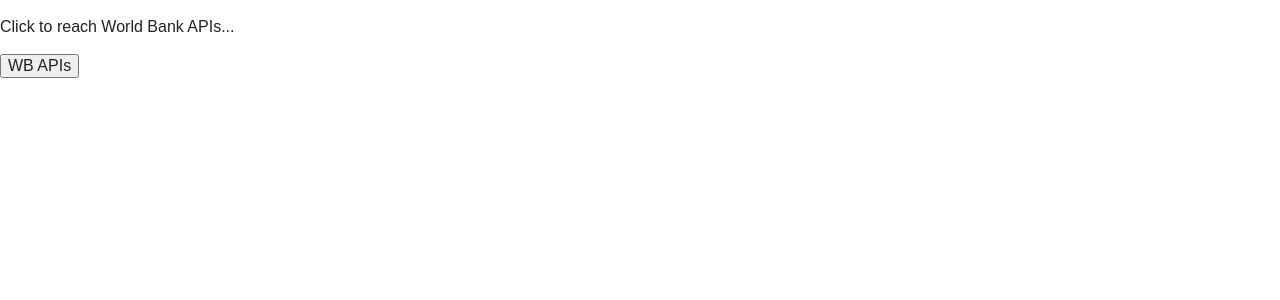
Repository: bugga/venturelab
Page: webkarma/index.html
These files come from the project's save history. The page is drawn as it stood at one moment and after the next save; the edit follows.
The browser window is 1280 px wide. The pictures show the whole page.
Some web libraries are served in a nearby version.

Above is the page before, as saved 2013-02-01 17:02:41.
Console error: SyntaxError: Unexpected token '}'

After the next save:
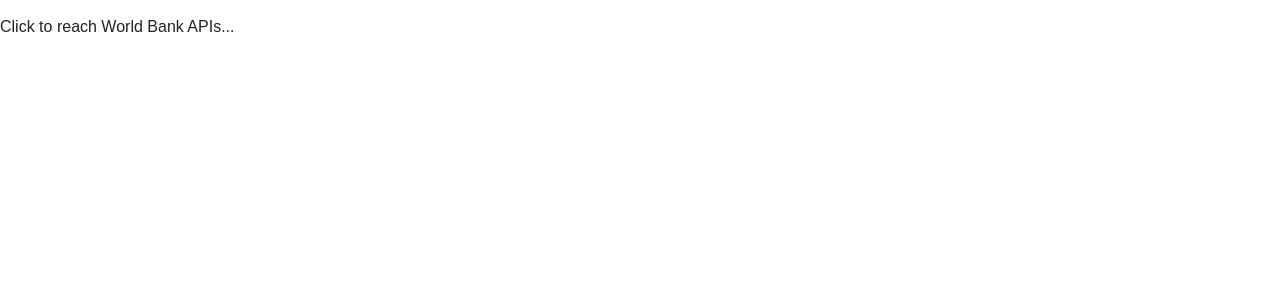
Saved 85 s later.
--- a/webkarma/index.html
+++ b/webkarma/index.html
@@ -16,14 +16,14 @@
         <link rel="stylesheet" href="css/main.css">
         <script src="js/vendor/modernizr-2.6.2.min.js"></script>
     </head>
-    <body>
+    <body onload="getAvailableDataSources()">
         <!--[if lt IE 7]>
             <p class="chromeframe">You are using an <strong>outdated</strong> browser. Please <a href="http://browsehappy.com/">upgrade your browser</a> or <a href="http://www.google.com/chromeframe/?redirect=true">activate Google Chrome Frame</a> to improve your experience.</p>
         <![endif]-->
 
         <!-- Add your site or application content here -->
         <p>Click to reach World Bank APIs...</p>
-		<button onclick="getAvailableDataSources()">WB APIs</button>
+		<!-- <button onclick="getAvailableDataSources()">WB APIs</button> -->
 		<!-- WORLD BANK -->
 
         <script src="//ajax.googleapis.com/ajax/libs/jquery/1.9.0/jquery.min.js"></script>

After the 5 saves that followed:
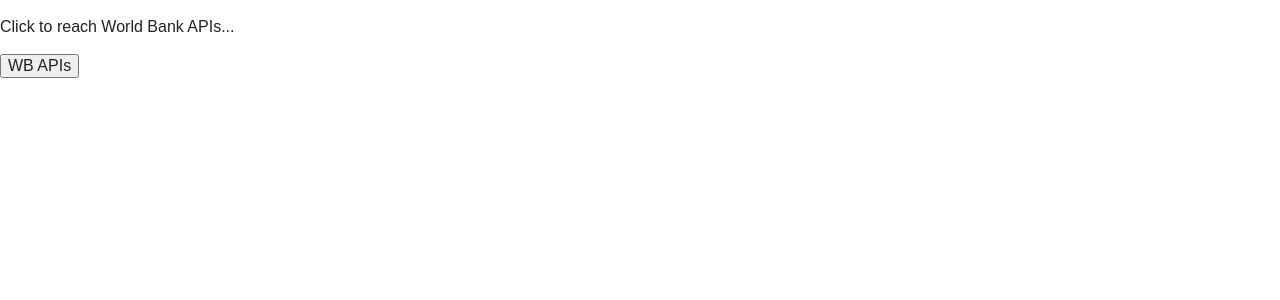
The error is gone.
The 5 saves are shown as one change because 4 left the picture as it was.
The last was saved 104 s later.
--- a/webkarma/index.html
+++ b/webkarma/index.html
@@ -16,14 +16,14 @@
         <link rel="stylesheet" href="css/main.css">
         <script src="js/vendor/modernizr-2.6.2.min.js"></script>
     </head>
-    <body onload="getAvailableDataSources()">
+    <body>
         <!--[if lt IE 7]>
             <p class="chromeframe">You are using an <strong>outdated</strong> browser. Please <a href="http://browsehappy.com/">upgrade your browser</a> or <a href="http://www.google.com/chromeframe/?redirect=true">activate Google Chrome Frame</a> to improve your experience.</p>
         <![endif]-->
 
         <!-- Add your site or application content here -->
         <p>Click to reach World Bank APIs...</p>
-		<!-- <button onclick="getAvailableDataSources()">WB APIs</button> -->
+		<button onclick="getAvailableDataSources()">WB APIs</button>
 		<!-- WORLD BANK -->
 
         <script src="//ajax.googleapis.com/ajax/libs/jquery/1.9.0/jquery.min.js"></script>
--- a/webkarma/js/main.js
+++ b/webkarma/js/main.js
@@ -41,7 +41,6 @@
     httpRequest.onreadystatechange = paintContents;
     httpRequest.open('GET', url, true);
     httpRequest.send();
-    xmlDoc =
 }
 
 function paintContents()
